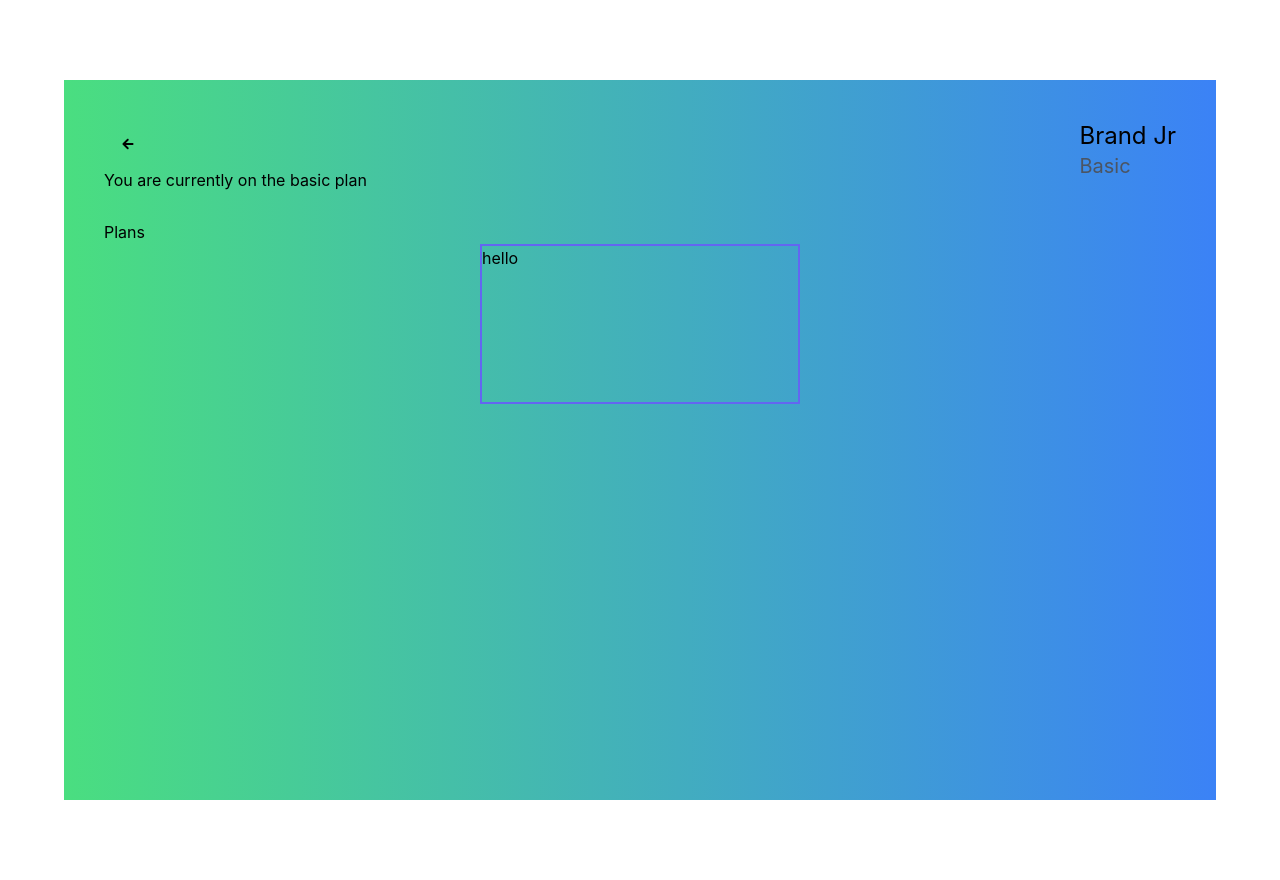
Repository: brandford7/music-player
Page: /subscription
The author's editor kept a copy of each file at every save. The page is drawn from the files as they stood at one save, then again after the next save.
The browser window is 1280 px wide. The pictures show the whole page.
The project was rebuilt for these pictures with package versions that can differ from the ones it lists, and the page was loaded fresh each time. The framework's server and built-in components were replaced by stand-ins that run in the browser. Also part of the build but not shown: next.config.js, components/Sidebar.jsx, components/MusicButton.jsx, components/MusicCard.jsx, components/SongList.jsx, components/PlaylistComponent.jsx, components/LibraryComponent.jsx.

Above is the page before, as saved 2022-11-19 21:34:17.

### pages/subscription.js
import React from "react";
import { SubscriptionComponent } from "../components";

const Subscription = () => {
  return (
    <div className="flex mx-auto max-w-6xl my-20 space-x-10 h-screen p-10 bg-gradient-to-r from-green-400 to-blue-500">
      <SubscriptionComponent />
    </div>
  );
};

export default Subscription;

### styles/globals.css
@tailwind base;
@tailwind components;
@tailwind utilities;



html,
body {
  padding: 0;
  margin: 0;
  font-family: -apple-system, BlinkMacSystemFont, Segoe UI, Roboto, Oxygen,
    Ubuntu, Cantarell, Fira Sans, Droid Sans, Helvetica Neue, sans-serif;
}

a {
  color: inherit;
  text-decoration: none;
}

* {
  box-sizing: border-box;
}

@media (prefers-color-scheme: dark) {
  html {
    color-scheme: dark;
  }
  body {
    color: white;
    background: black;
  }
}

### components/index.js
export { default as Sidebar } from './Sidebar';
export { default as UserAvatar } from './UserAvatar';
export { default as MusicCard } from './MusicCard';
export { default as MusicButton } from './MusicButton';
export { default as SongList } from './SongList';
export { default as PlaylistComponent } from './PlaylistComponent';
export { default as LibraryComponent } from './LibraryComponent';
export { default as SubscriptionComponent } from './SubscriptionComponent';
export { default as Plans } from './Plans';
export { default as Card} from './Card';

### components/UserAvatar.jsx
import React from "react";

const UserAvatar = ({ image, name, subscription }) => {
  return (
    <div className="flex flex-col ">
      <img src={image} alt="" />
      <h2 className="text-2xl">{name}</h2>
      <p className="text-gray-600 text-xl"> {subscription}</p>
    </div>
  );
};

export default UserAvatar;

### components/SubscriptionComponent.jsx
import React from "react";
import { IoMdArrowRoundBack } from "react-icons/io";
import { useRouter } from "next/router";
import UserAvatar from "./UserAvatar";
import Plans from "./Plans";

const SubscriptionComponent = () => {
  const router = useRouter();

  return (
    <div className="w-full">
      <section className="flex justify-between">
        <section className="">
          <div className="m-4 cursor-pointer" onClick={() => router.back()}>
            <IoMdArrowRoundBack />
          </div>
          <h1>You are currently on the basic plan</h1>
        </section>
        <section className="flex justify-end mb-10">
          <UserAvatar name="Brand Jr" subscription="Basic" />
        </section>
          </section>
          <Plans/>
    </div>
  );
};

export default SubscriptionComponent;

### components/Plans.jsx
import React from "react";
import Card from "./Card";

const Plans = () => {
  return (
    <div>
      <h1>Plans</h1>
      <section>
       <Card/>
      </section>
    </div>
  );
};

export default Plans;

### components/Card.jsx
import React from 'react'

const Card = () => {
  return <div className="flex mx-auto h-40 w-80 border-2 border-indigo-500 ">hello</div>;
}

export default Card

Loaded but not shown: pages/_app.js (common file); tailwind.config.js (common file)

After the next save:
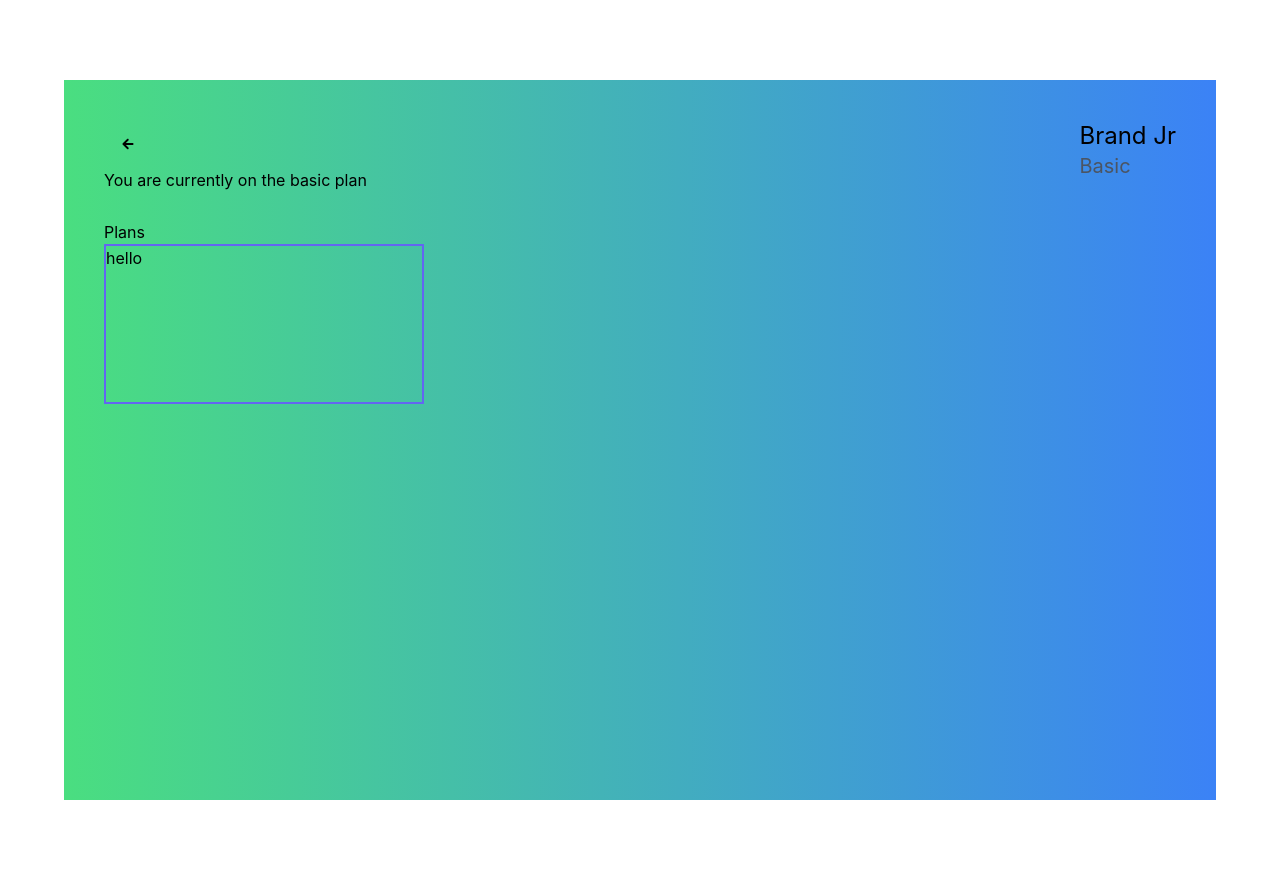
Saved 26 s later.
--- a/components/Card.jsx
+++ b/components/Card.jsx
@@ -1,7 +1,7 @@
 import React from 'react'
 
 const Card = () => {
-  return <div className="flex mx-auto h-40 w-80 border-2 border-indigo-500 ">hello</div>;
+  return <div className="flex h-40 w-80 border-2 border-indigo-500 ">hello</div>;
 }
 
 export default Card
